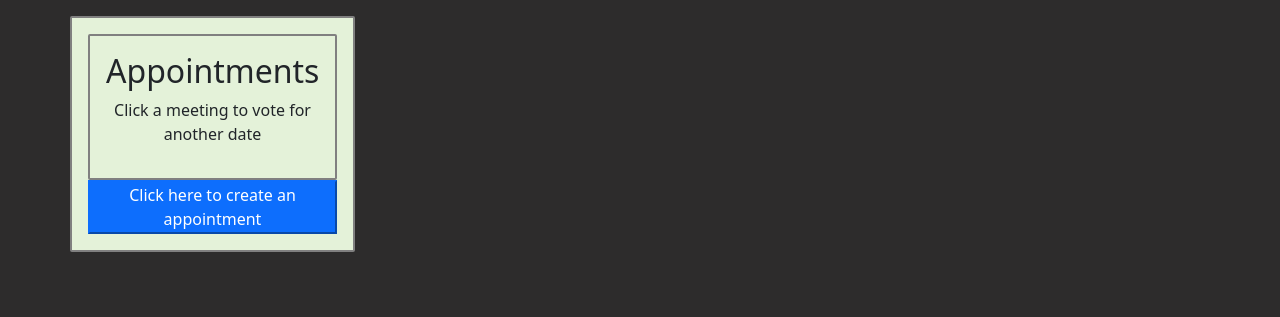
Repository: wlichon/Semesterprojekt
Page: index.html
These files come from the project's save history. The page is drawn as it stood at one moment and after the next save; the edit follows.
The browser window is 1280 px wide. The pictures show the whole page.
The page's requests for data from a server got no answer. Some web libraries are served in a nearby version.

Above is the page before, as saved 2022-04-22 17:54:20.

After the next save:
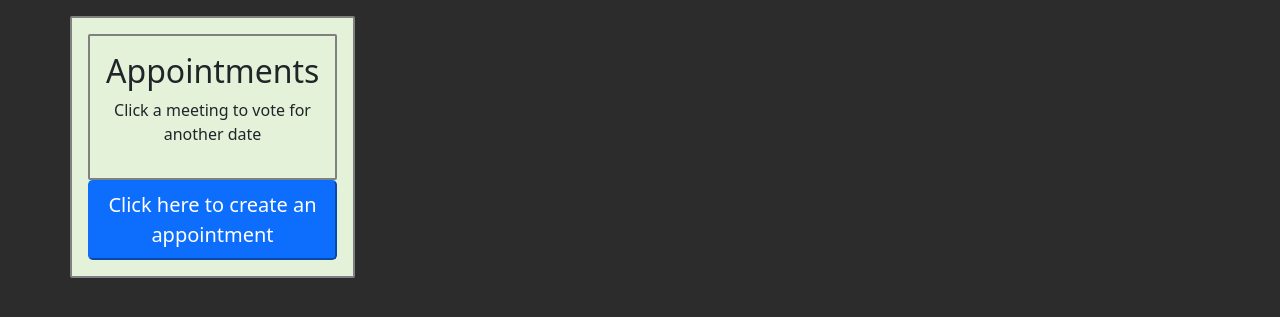
Saved 12 min 54 s later.
--- a/index.html
+++ b/index.html
@@ -24,7 +24,7 @@
                     <h2 class="align-self-center">Appointments</h2>
                     <p class="">Click a meeting to vote for another date</p>
                 </div>
-                <button class = "btn-primary" id = "createappointment"> Click here to create an appointment</button>
+                <button class = "btn-primary btn-lg" id = "createappointment"> Click here to create an appointment</button>
 
 
                 </div>
